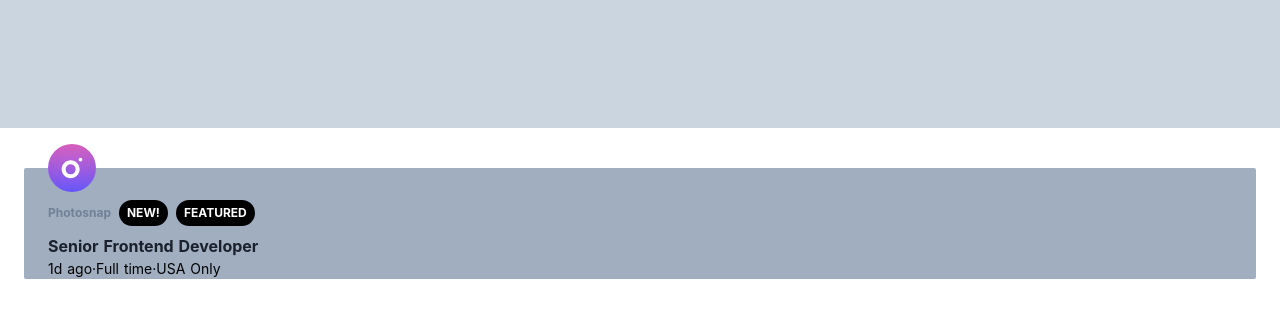
Repository: asongdon/frontendmentor-joblisting
Page: /
The author's editor kept a copy of each file at every save. The page is drawn from the files as they stood at one save, then again after the next save.
The browser window is 1280 px wide. The pictures show the whole page.
The project was rebuilt for these pictures with package versions that can differ from the ones it lists, and the page was loaded fresh each time. The framework's server and built-in components were replaced by stand-ins that run in the browser. Also part of the build but not shown: nuxt.config.js.

Above is the page before, as saved 2020-04-12 18:51:13.

### layouts/default.vue
<template>
  <div>
    <Header/>
    <nuxt />
  </div>
</template>

<script>
import Header from '@/components/Header.vue'

export default {
  components: {
    Header
  },
}
</script>

<style>
html {
  font-family: 'Inter', -apple-system, BlinkMacSystemFont, 'Segoe UI',
    Roboto, 'Helvetica Neue', Arial, sans-serif;
  font-size: 16px;
  word-spacing: 1px;
  -ms-text-size-adjust: 100%;
  -webkit-text-size-adjust: 100%;
  -moz-osx-font-smoothing: grayscale;
  -webkit-font-smoothing: antialiased;
  box-sizing: border-box;
}

*,
*:before,
*:after {
  box-sizing: border-box;
  margin: 0;
}

.button--green {
  display: inline-block;
  border-radius: 4px;
  border: 1px solid #3b8070;
  color: #3b8070;
  text-decoration: none;
  padding: 10px 30px;
}

.button--green:hover {
  color: #fff;
  background-color: #3b8070;
}

.button--grey {
  display: inline-block;
  border-radius: 4px;
  border: 1px solid #35495e;
  color: #35495e;
  text-decoration: none;
  padding: 10px 30px;
  margin-left: 15px;
}

.button--grey:hover {
  color: #fff;
  background-color: #35495e;
}
</style>

### pages/index.vue
<template>
  <div class="container py-10 px-6">
    <Maincard/>
  </div>
</template>

<script>
import Maincard from '@/components/Maincard'
export default {
  components: {
    Maincard
  }
}
</script>

<style>
/* Sample `apply` at-rules with Tailwind CSS
.container {
  @apply min-h-screen flex justify-center items-center text-center mx-auto;
}
*/

</style>

### components/Header.vue
<template>
  <div class="w-full h-32 bg-gray-400"></div>
</template>

<script>
export default {}
</script>

<style></style>

### components/Maincard.vue
<template>
    <div class="bg-gray-500 flex flex-col flex-no-wrap rounded-sm px-6">

    <div class="-mt-6 mb-2">
      <img class="w-12" src="~/assets/logos/faceit.svg" alt="" />
    </div>

    <div class="flex items-center">
      <div class="text-xs font-bold text-gray-600">Photosnap</div>
      <div class="flex text-xs font-bold">
        <div class="bg-black text-white rounded-full px-2 py-1 uppercase ml-2">
          New!
        </div>
        <div class="bg-black text-white rounded-full px-2 py-1 uppercase ml-2">
          Featured
        </div>
      </div>
    </div>

    <div class="mt-2 font-bold text-gray-900">
      Senior Frontend Developer
    </div>

    <div class="flex text-sm mr-2">
      <div>1d ago</div>
      <div>·</div>
      <div>Full time</div>
      <div>·</div>
      <div>USA Only</div>
    </div>

  </div>
</template>

<script>
export default {}
</script>

<style></style>

Loaded but not shown: assets/css/tailwind.css (common file); tailwind.config.js (common file); store/filter.js (no copy from this time; the picture is the same without it); store/index.js (no copy from this time; the picture is the same without it)

After the next save:
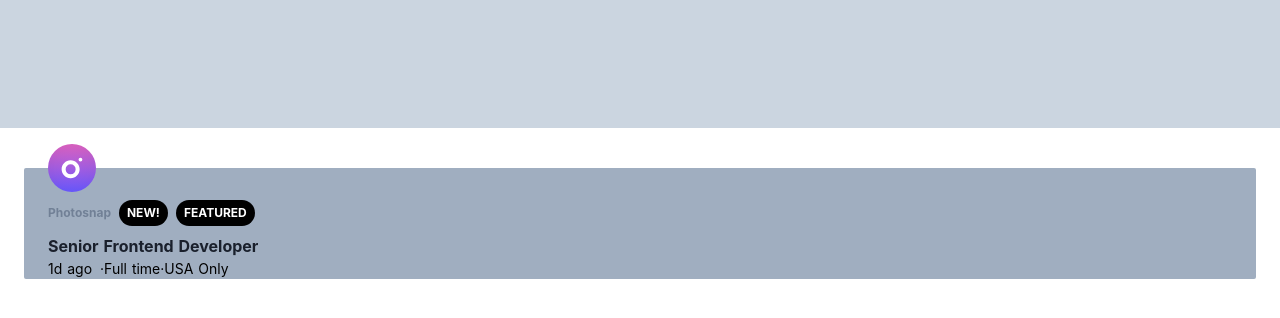
Saved 12 s later.
--- a/components/Maincard.vue
+++ b/components/Maincard.vue
@@ -21,8 +21,8 @@
       Senior Frontend Developer
     </div>
 
-    <div class="flex text-sm mr-2">
-      <div>1d ago</div>
+    <div class="flex text-sm">
+      <div class="mr-2">1d ago</div>
       <div>·</div>
       <div>Full time</div>
       <div>·</div>
